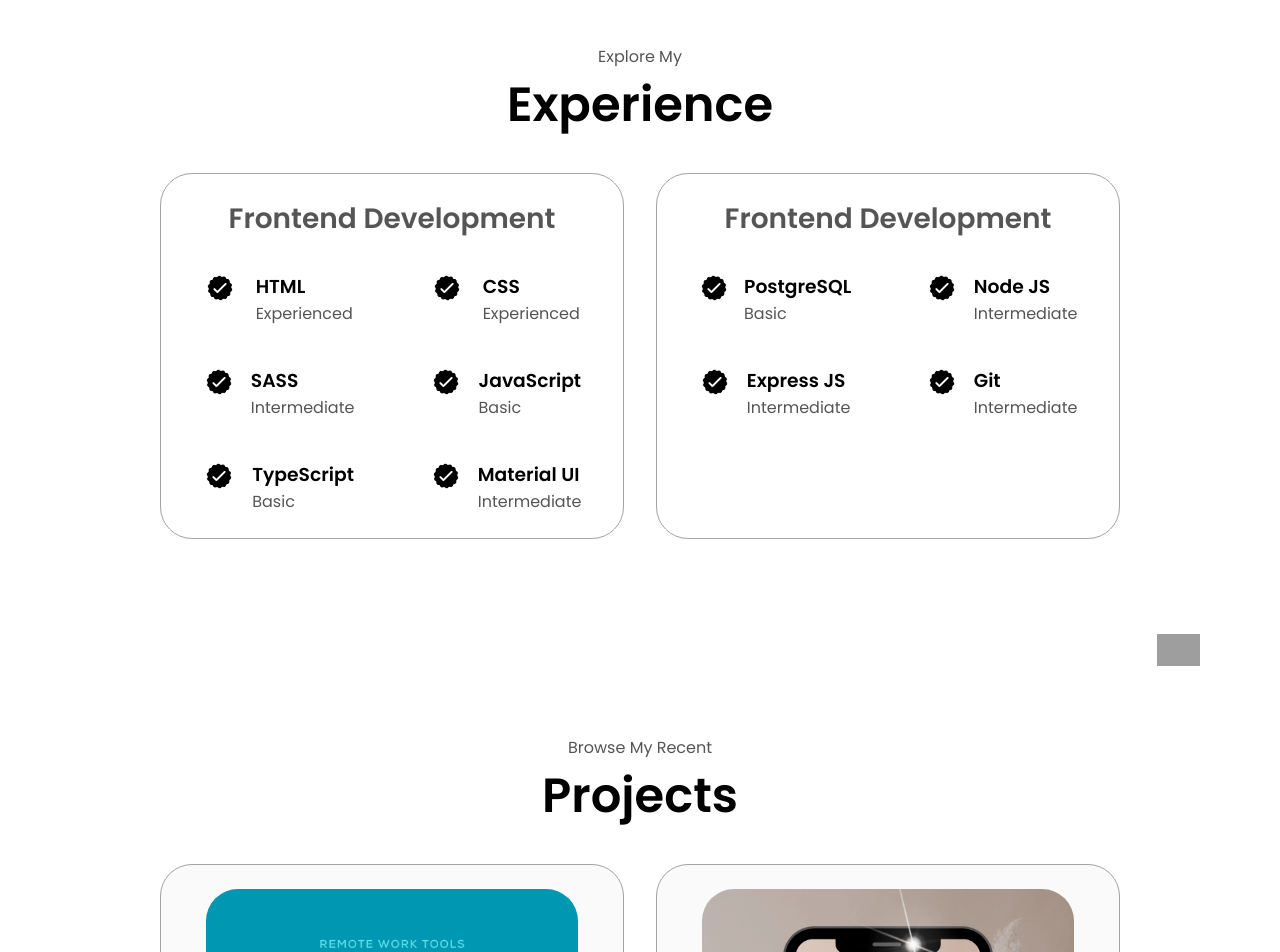
Repository: sonhoang2071/my-portfolio
Page: index.html
These files come from the project's save history. The page is drawn as it stood at one moment and after the next save; the edit follows.
The browser window is 1280 px wide. The pictures show the part of the page from y = 1492 to 2444 px (the page is 4649 px tall).
Pictures or frames that could not be fetched are drawn as grey boxes. A picture or video elsewhere on the page could not be fetched, so the positions and the page height are approximate.

Above is the page before, as saved 2023-08-19 11:32:45.

### index.html
<!DOCTYPE html>
<html lang="en">
  <head>
    <meta charset="UTF-8" />
    <meta http-equiv="X-UA-Compatible" content="IE=edge" />
    <meta name="viewport" content="width=device-width, initial-scale=1.0" />
    <title>My Portfolio</title>
    <link rel="stylesheet" href="style.css" />
    <link rel="stylesheet" href="mediaqueries.css" />
  </head>
  <body>
    <nav id="desktop-nav">
      <div class="logo">John Doe</div>
      <div>
        <ul class="nav-links">
          <li><a href="#about">About</a></li>
          <li><a href="#experience">Experience</a></li>
          <li><a href="#projects">Projects</a></li>
          <li><a href="#contact">Contact</a></li>
        </ul>
      </div>
    </nav>
    <nav id="hamburger-nav">
      <div class="logo">John Doe</div>
      <div class="hamburger-menu">
        <div class="hamburger-icon" onclick="toggleMenu()">
          <span></span>
          <span></span>
          <span></span>
        </div>
        <div class="menu-links">
          <li><a href="#about" onclick="toggleMenu()">About</a></li>
          <li><a href="#experience" onclick="toggleMenu()">Experience</a></li>
          <li><a href="#projects" onclick="toggleMenu()">Projects</a></li>
          <li><a href="#contact" onclick="toggleMenu()">Contact</a></li>
        </div>
      </div>
    </nav>
    <section id="profile">
      <div class="section__pic-container">
        <img src="./assets/my-avatar-3.png" alt="John Doe profile picture" class="img-avatar" />
      </div>
      <div class="section__text">
        <p class="section__text__p1">Hello, I'm</p>
        <h1 class="title">John Doe</h1>
        <p class="section__text__p2">Frontend Developer</p>
        <div class="btn-container">
          <button
            class="btn btn-color-2"
            onclick="window.open('./assets/resume-example.pdf')"
          >
            Download CV
          </button>
          <button class="btn btn-color-1" onclick="location.href='./#contact'">
            Contact Info
          </button>
        </div>
        <div id="socials-container">
          <img
            src="./assets/linkedin.png"
            alt="My LinkedIn profile"
            class="icon"
            onclick="location.href='https://linkedin.com/'"
          />
          <img
            src="./assets/github.png"
            alt="My Github profile"
            class="icon"
            onclick="location.href='https://github.com/'"
          />
        </div>
      </div>
    </section>
    <section id="about">
      <p class="section__text__p1">Get To Know More</p>
      <h1 class="title">About Me</h1>
      <div class="section-container">
        <div class="section__pic-container">
          <img
            src="./assets/about-pic.png"
            alt="Profile picture"
            class="about-pic"
          />
        </div>
        <div class="about-details-container">
          <div class="about-containers">
            <div class="details-container">
              <img
                src="./assets/experience.png"
                alt="Experience icon"
                class="icon"
              />
              <h3>Experience</h3>
              <p>2+ years <br />Frontend Development</p>
            </div>
            <div class="details-container">
              <img
                src="./assets/education.png"
                alt="Education icon"
                class="icon"
              />
              <h3>Education</h3>
              <p>B.Sc. Bachelors Degree<br />M.Sc. Masters Degree</p>
            </div>
          </div>
          <div class="text-container">
            <p>
              Lorem ipsum dolor sit amet consectetur adipisicing elit. Hic quis
              reprehenderit et laborum, rem, dolore eum quod voluptate
              exercitationem nobis, nihil esse debitis maxime facere minus sint
              delectus velit in eos quo officiis explicabo deleniti dignissimos.
              Eligendi illum libero dolorum cum laboriosam corrupti quidem,
              reiciendis ea magnam? Nulla, impedit fuga!
            </p>
          </div>
        </div>
      </div>
      <img
        src="./assets/arrow.png"
        alt="Arrow icon"
        class="icon arrow"
        onclick="location.href='./#experience'"
      />
    </section>
    <section id="experience">
      <p class="section__text__p1">Explore My</p>
      <h1 class="title">Experience</h1>
      <div class="experience-details-container">
        <div class="about-containers">
          <div class="details-container">
            <h2 class="experience-sub-title">Frontend Development</h2>
            <div class="article-container">
              <article>
                <img
                  src="./assets/checkmark.png"
                  alt="Experience icon"
                  class="icon"
                />
                <div>
                  <h3>HTML</h3>
                  <p>Experienced</p>
                </div>
              </article>
              <article>
                <img
                  src="./assets/checkmark.png"
                  alt="Experience icon"
                  class="icon"
                />
                <div>
                  <h3>CSS</h3>
                  <p>Experienced</p>
                </div>
              </article>
              <article>
                <img
                  src="./assets/checkmark.png"
                  alt="Experience icon"
                  class="icon"
                />
                <div>
                  <h3>SASS</h3>
                  <p>Intermediate</p>
                </div>
              </article>
              <article>
                <img
                  src="./assets/checkmark.png"
                  alt="Experience icon"
                  class="icon"
                />
                <div>
                  <h3>JavaScript</h3>
                  <p>Basic</p>
                </div>
              </article>
              <article>
                <img
                  src="./assets/checkmark.png"
                  alt="Experience icon"
                  class="icon"
                />
                <div>
                  <h3>TypeScript</h3>
                  <p>Basic</p>
                </div>
              </article>
              <article>
                <img
                  src="./assets/checkmark.png"
                  alt="Experience icon"
                  class="icon"
                />
                <div>
                  <h3>Material UI</h3>
                  <p>Intermediate</p>
                </div>
              </article>
            </div>
          </div>
          <div class="details-container">
            <h2 class="experience-sub-title">Frontend Development</h2>
            <div class="article-container">
              <article>
                <img
                  src="./assets/checkmark.png"
                  alt="Experience icon"
                  class="icon"
                />
                <div>
                  <h3>PostgreSQL</h3>
                  <p>Basic</p>
                </div>
              </article>
              <article>
                <img
                  src="./assets/checkmark.png"
                  alt="Experience icon"
                  class="icon"
                />
                <div>
                  <h3>Node JS</h3>
                  <p>Intermediate</p>
                </div>
              </article>
              <article>
                <img
                  src="./assets/checkmark.png"
                  alt="Experience icon"
                  class="icon"
                />
                <div>
                  <h3>Express JS</h3>
                  <p>Intermediate</p>
                </div>
              </article>
              <article>
                <img
                  src="./assets/checkmark.png"
                  alt="Experience icon"
                  class="icon"
                />
                <div>
                  <h3>Git</h3>
                  <p>Intermediate</p>
                </div>
              </article>
            </div>
          </div>
        </div>
      </div>
      <img
        src="./assets/arrow.png"
        alt="Arrow icon"
        class="icon arrow"
        onclick="location.href='./#projects'"
      />
    </section>
    <section id="projects">
      <p class="section__text__p1">Browse My Recent</p>
      <h1 class="title">Projects</h1>
      <div class="experience-details-container">
        <div class="about-containers">
          <div class="details-container color-container">
            <div class="article-container">
              <img
                src="./assets/project-1.png"
                alt="Project 1"
                class="project-img"
              />
            </div>
            <h2 class="experience-sub-title project-title">Project One</h2>
            <div class="btn-container">
              <button
                class="btn btn-color-2 project-btn"
                onclick="location.href='https://github.com/'"
              >
                Github
              </button>
              <button
                class="btn btn-color-2 project-btn"
                onclick="location.href='https://github.com/'"
              >
                Live Demo
              </button>
            </div>
          </div>
          <div class="details-container color-container">
            <div class="article-container">
              <img
                src="./assets/project-2.png"
                alt="Project 2"
                class="project-img"
              />
            </div>
            <h2 class="experience-sub-title project-title">Project Two</h2>
            <div class="btn-container">
              <button
                class="btn btn-color-2 project-btn"
                onclick="location.href='https://github.com/'"
              >
                Github
              </button>
              <button
                class="btn btn-color-2 project-btn"
                onclick="location.href='https://github.com/'"
              >
                Live Demo
              </button>
            </div>
          </div>
          <div class="details-container color-container">
            <div class="article-container">
              <img
                src="./assets/project-3.png"
                alt="Project 3"
                class="project-img"
              />
            </div>
            <h2 class="experience-sub-title project-title">Project Three</h2>
            <div class="btn-container">
              <button
                class="btn btn-color-2 project-btn"
                onclick="location.href='https://github.com/'"
              >
                Github
              </button>
              <button
                class="btn btn-color-2 project-btn"
                onclick="location.href='https://github.com/'"
              >
                Live Demo
              </button>
            </div>
          </div>
        </div>
      </div>
      <img
        src="./assets/arrow.png"
        alt="Arrow icon"
        class="icon arrow"
        onclick="location.href='./#contact'"
      />
    </section>
    <section id="contact">
      <p class="section__text__p1">Get in Touch</p>
      <h1 class="title">Contact Me</h1>
      <div class="contact-info-upper-container">
        <div class="contact-info-container">
          <img
            src="./assets/email.png"
            alt="Email icon"
            class="icon contact-icon email-icon"
          />
          <p><a href="mailto:examplemail@gmail.com">Example@gmail.com</a></p>
        </div>
        <div class="contact-info-container">
          <img
            src="./assets/linkedin.png"
            alt="LinkedIn icon"
            class="icon contact-icon"
          />
          <p><a href="https://www.linkedin.com">LinkedIn</a></p>
        </div>
      </div>
    </section>
    <footer>
      <nav>
        <div class="nav-links-container">
          <ul class="nav-links">
            <li><a href="#about">About</a></li>
            <li><a href="#experience">Experience</a></li>
            <li><a href="#projects">Projects</a></li>
            <li><a href="#contact">Contact</a></li>
          </ul>
        </div>
      </nav>
      <p>Copyright &#169; 2023 John Doe. All Rights Reserved.</p>
    </footer>
    <script src="script.js"></script>
  </body>
</html>

### style.css
/* GENERAL */

@import url("https://fonts.googleapis.com/css2?family=Poppins:wght@300;400;500;600&display=swap");

* {
  margin: 0;
  padding: 0;
}

body {
  font-family: "Poppins", sans-serif;
}

html {
  scroll-behavior: smooth;
}

p {
  color: rgb(85, 85, 85);
}

/* TRANSITION */

a,
.btn {
  transition: all 300ms ease;
}

/* DESKTOP NAV */

nav,
.nav-links {
  display: flex;
}

nav {
  justify-content: space-around;
  align-items: center;
  height: 17vh;
}

.nav-links {
  gap: 2rem;
  list-style: none;
  font-size: 1.5rem;
}

a {
  color: black;
  text-decoration: none;
  text-decoration-color: white;
}

a:hover {
  color: grey;
  text-decoration: underline;
  text-underline-offset: 1rem;
  text-decoration-color: rgb(181, 181, 181);
}

.logo {
  font-size: 2rem;
}

.logo:hover {
  cursor: default;
}

/* HAMBURGER MENU */

#hamburger-nav {
  display: none;
}

.hamburger-menu {
  position: relative;
  display: inline-block;
}

.hamburger-icon {
  display: flex;
  flex-direction: column;
  justify-content: space-between;
  height: 24px;
  width: 30px;
  cursor: pointer;
}

.hamburger-icon span {
  width: 100%;
  height: 2px;
  background-color: black;
  transition: all 0.3 ease-in-out;
}

.menu-links {
  position: absolute;
  top: 100%;
  right: 0;
  background-color: white;
  width: fit-content;
  max-height: 0;
  overflow: hidden;
  transition: all 0.3 ease-in-out;
}

.menu-links a {
  display: block;
  padding: 10px;
  text-align: center;
  font-size: 1.5rem;
  color: black;
  text-decoration: none;
  transition: all 0.3 ease-in-out;
}

.menu-links li {
  list-style: none;
}

.menu-links.open {
  max-height: 300px;
}

.hamburger-icon.open span:first-child {
  transform: rotate(45deg) translate(10px, 5px);
}

.hamburger-icon.open span:nth-child(2) {
  opacity: 0;
}

.hamburger-icon.open span:last-child {
  transform: rotate(-45deg) translate(10px, -5px);
}

.hamburger-icon span:first-child {
  transform: none;
}

.hamburger-icon span:first-child {
  opacity: 1;
}

.hamburger-icon span:first-child {
  transform: none;
}

/* SECTIONS */

section {
  padding-top: 4vh;
  height: 96vh;
  margin: 0 10rem;
  box-sizing: border-box;
  min-height: fit-content;
}

.section-container {
  display: flex;
}

/* PROFILE SECTION */

#profile {
  display: flex;
  justify-content: center;
  gap: 5rem;
  height: 80vh;
}

.section__pic-container {
  display: flex;
  height: 400px;
  width: 400px;
  margin: auto 0;
}

.section__text {
  align-self: center;
  text-align: center;
}

.section__text p {
  font-weight: 600;
}

.section__text__p1 {
  text-align: center;
}

.section__text__p2 {
  font-size: 1.75rem;
  margin-bottom: 1rem;
}

.title {
  font-size: 3rem;
  text-align: center;
}

#socials-container {
  display: flex;
  justify-content: center;
  margin-top: 1rem;
  gap: 1rem;
}
.img-avatar {
    border-radius: 10px;
}

/* ICONS */

.icon {
  cursor: pointer;
  height: 2rem;
}

/* BUTTONS */

.btn-container {
  display: flex;
  justify-content: center;
  gap: 1rem;
}

.btn {
  font-weight: 600;
  transition: all 300ms ease;
  padding: 1rem;
  width: 8rem;
  border-radius: 2rem;
}

.btn-color-1,
.btn-color-2 {
  border: rgb(53, 53, 53) 0.1rem solid;
}

.btn-color-1:hover,
.btn-color-2:hover {
  cursor: pointer;
}

.btn-color-1,
.btn-color-2:hover {
  background: rgb(53, 53, 53);
  color: white;
}

.btn-color-1:hover {
  background: rgb(0, 0, 0);
}

.btn-color-2 {
  background: none;
}

.btn-color-2:hover {
  border: rgb(255, 255, 255) 0.1rem solid;
}

.btn-container {
  gap: 1rem;
}

/* ABOUT SECTION */

#about {
  position: relative;
}

.about-containers {
  gap: 2rem;
  margin-bottom: 2rem;
  margin-top: 2rem;
}

.about-details-container {
  justify-content: center;
  flex-direction: column;
}

.about-containers,
.about-details-container {
  display: flex;
}

.about-pic {
  border-radius: 2rem;
}

.arrow {
  position: absolute;
  right: -5rem;
  bottom: 2.5rem;
}

.details-container {
  padding: 1.5rem;
  flex: 1;
  background: white;
  border-radius: 2rem;
  border: rgb(53, 53, 53) 0.1rem solid;
  border-color: rgb(163, 163, 163);
  text-align: center;
}

.section-container {
  gap: 4rem;
  height: 80%;
}

.section__pic-container {
  height: 400px;
  width: 400px;
  margin: auto 0;
}

/* EXPERIENCE SECTION */

#experience {
  position: relative;
}

.experience-sub-title {
  color: rgb(85, 85, 85);
  font-weight: 600;
  font-size: 1.75rem;
  margin-bottom: 2rem;
}

.experience-details-container {
  display: flex;
  justify-content: center;
  flex-direction: column;
}

.article-container {
  display: flex;
  text-align: initial;
  flex-wrap: wrap;
  flex-direction: row;
  gap: 2.5rem;
  justify-content: space-around;
}

article {
  display: flex;
  width: 10rem;
  justify-content: space-around;
  gap: 0.5rem;
}

article .icon {
  cursor: default;
}

/* PROJECTS SECTION */

#projects {
  position: relative;
}

.color-container {
  border-color: rgb(163, 163, 163);
  background: rgb(250, 250, 250);
}

.project-img {
  border-radius: 2rem;
  width: 90%;
  height: 90%;
}

.project-title {
  margin: 1rem;
  color: black;
}

.project-btn {
  color: black;
  border-color: rgb(163, 163, 163);
}

/* CONTACT */

#contact {
  display: flex;
  justify-content: center;
  flex-direction: column;
  height: 70vh;
}

.contact-info-upper-container {
  display: flex;
  justify-content: center;
  border-radius: 2rem;
  border: rgb(53, 53, 53) 0.1rem solid;
  border-color: rgb(163, 163, 163);
  background: (250, 250, 250);
  margin: 2rem auto;
  padding: 0.5rem;
}

.contact-info-container {
  display: flex;
  align-items: center;
  justify-content: center;
  gap: 0.5rem;
  margin: 1rem;
}

.contact-info-container p {
  font-size: larger;
}

.contact-icon {
  cursor: default;
}

.email-icon {
  height: 2.5rem;
}

/* FOOTER SECTION */

footer {
  height: 26vh;
  margin: 0 1rem;
}

footer p {
  text-align: center;
}

### mediaqueries.css
@media screen and (max-width: 1400px) {
    #profile {
      height: 83vh;
      margin-bottom: 6rem;
    }
    .about-containers {
      flex-wrap: wrap;
    }
  }

  @media screen and (max-width: 1200px) {
    #desktop-nav {
      display: none;
    }
    #hamburger-nav {
      display: flex;
    }
    #experience,
    .experience-details-container {
      margin-top: 2rem;
    }
    #profile,
    .section-container {
      display: block;
    }
    .arrow {
      display: none;
    }
    section,
    .section-container {
      height: fit-content;
    }
    section {
      margin: 0 5%;
    }
    .section__pic-container {
      width: 275px;
      height: 275px;
      margin: 0 auto 2rem;
    }
    .about-containers {
      margin-top: 0;
    }
  }

  @media screen and (max-width: 600px) {
    #contact,
    footer {
      height: 40vh;
    }
    #profile {
      height: 83vh;
      margin-bottom: 0;
    }
    article {
      font-size: 1rem;
    }
    footer nav {
      height: fit-content;
      margin-bottom: 2rem;
    }
    .about-containers,
    .contact-info-upper-container,
    .btn-container {
      flex-wrap: wrap;
    }
    .contact-info-container {
      margin: 0;
    }
    .contact-info-container p,
    .nav-links li a {
      font-size: 1rem;
    }
    .experience-sub-title {
      font-size: 1.25rem;
    }
    .logo {
      font-size: 1.5rem;
    }
    .nav-links {
      flex-direction: column;
      gap: 0.5rem;
      text-align: center;
    }
    .section__pic-container {
      width: auto;
      height: 46vw;
      justify-content: center;
    }
    .section__text__p2 {
      font-size: 1.25rem;
    }
    .title {
      font-size: 2rem;
    }
    .text-container {
      text-align: justify;
    }
  }

Loaded but not shown: script.js (common file)

After the next save:
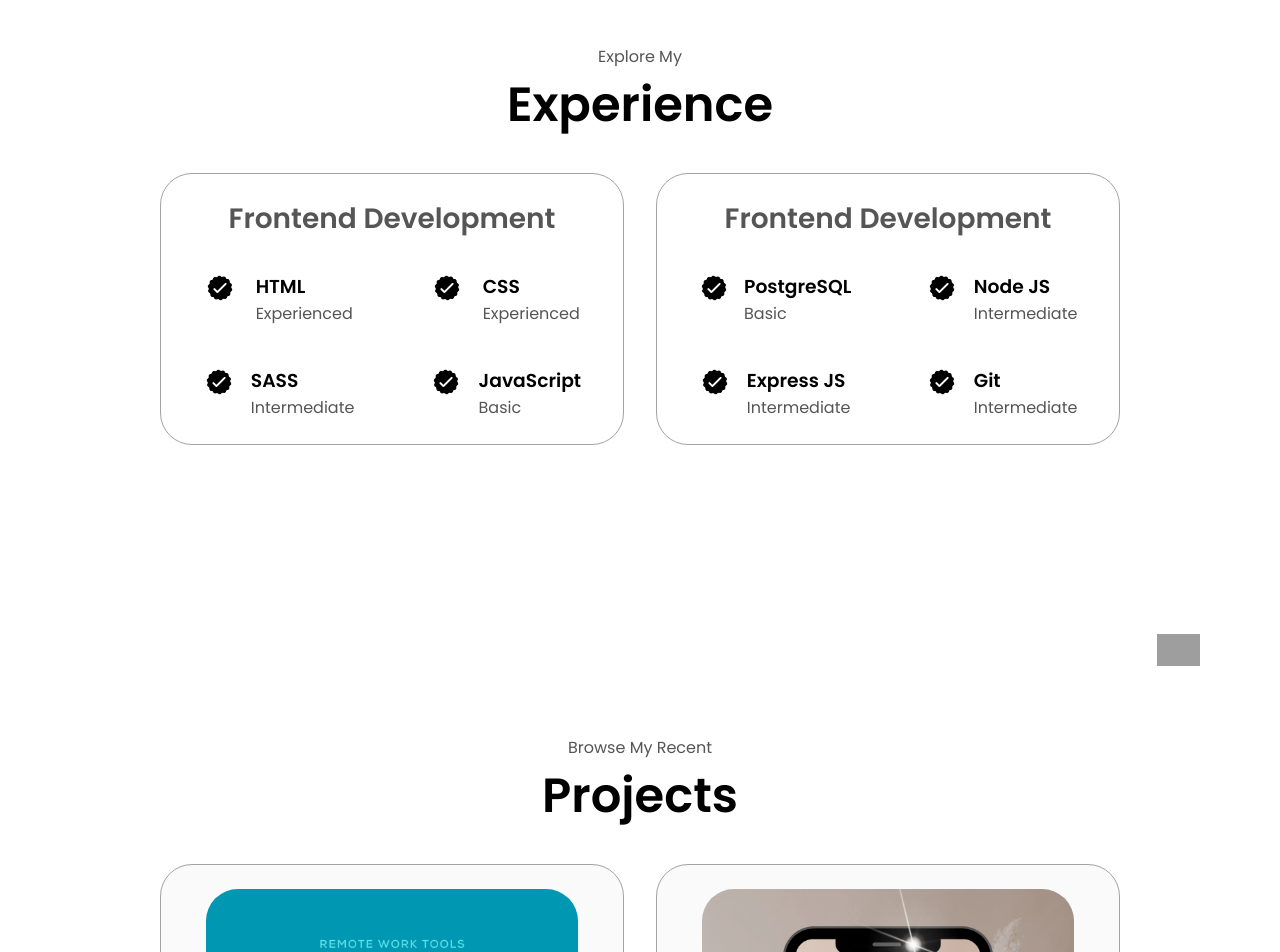
Saved 2 min 17 s later.
--- a/index.html
+++ b/index.html
@@ -174,28 +174,6 @@
                   <p>Basic</p>
                 </div>
               </article>
-              <article>
-                <img
-                  src="./assets/checkmark.png"
-                  alt="Experience icon"
-                  class="icon"
-                />
-                <div>
-                  <h3>TypeScript</h3>
-                  <p>Basic</p>
-                </div>
-              </article>
-              <article>
-                <img
-                  src="./assets/checkmark.png"
-                  alt="Experience icon"
-                  class="icon"
-                />
-                <div>
-                  <h3>Material UI</h3>
-                  <p>Intermediate</p>
-                </div>
-              </article>
             </div>
           </div>
           <div class="details-container">
